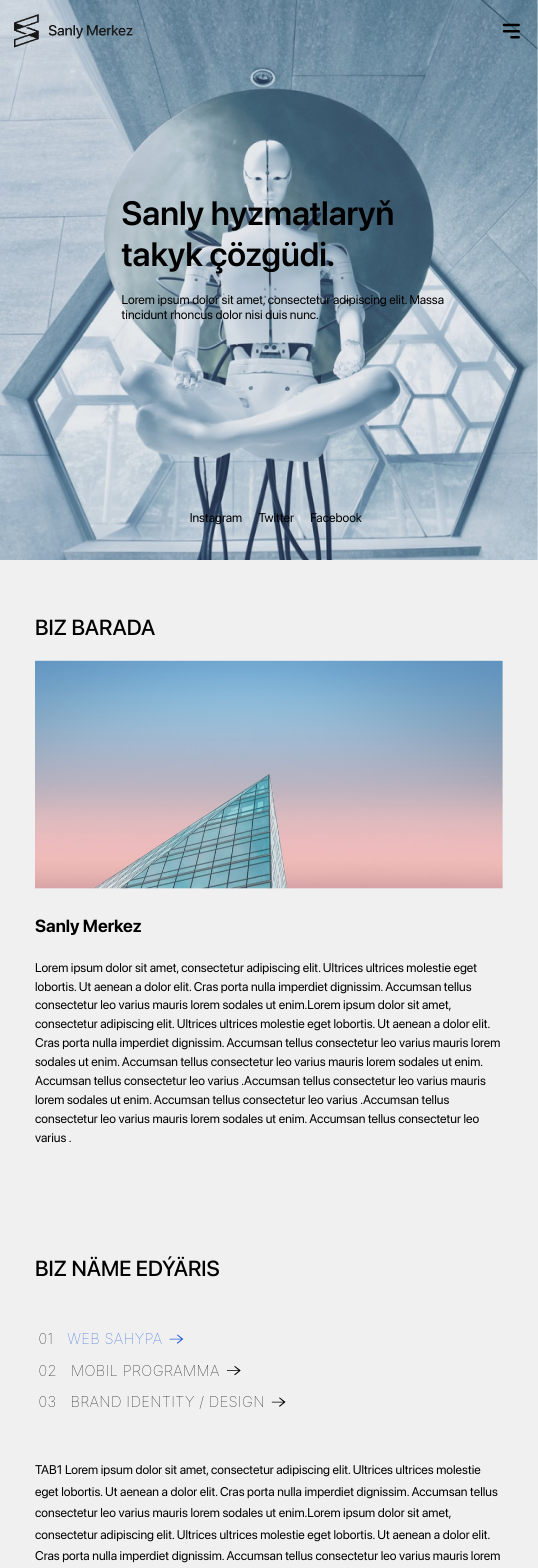
Repository: Meylis7/Sanly-Merkez-Web
Page: main.html
The author's editor kept a copy of each file at every save. The page is drawn from the files as they stood at one save, then again after the next save.
The browser window is 768 px wide. The pictures show the part of the page from y = 0 to 2240 px (the page is 4346 px tall), at 70% of full size.
Some web fonts or font styles are not loaded; a fallback is used.

Above is the page before, as saved 2022-05-16 17:40:21.

After the next save:
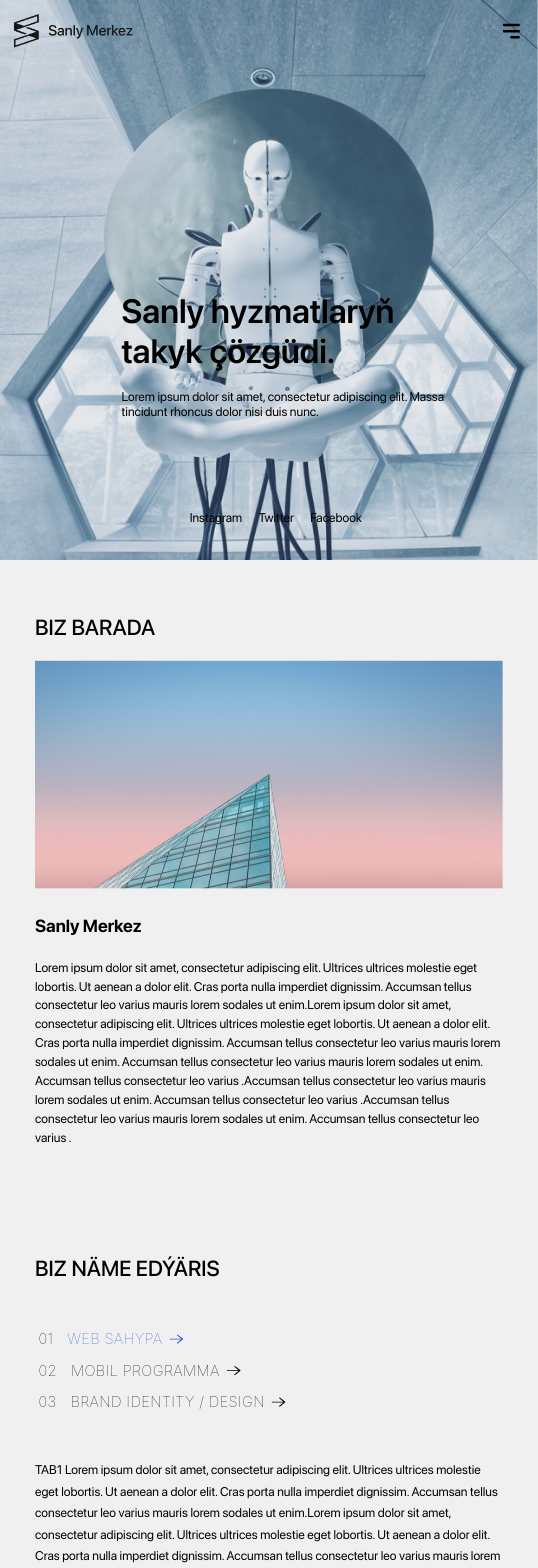
Saved 26 s later.
--- a/css/main.css
+++ b/css/main.css
@@ -757,4 +757,7 @@ header .btn{
     align-items: center;
     height: 100vh;
   }
-}
+  .slogan{
+    margin-top: 90%;
+  }
+}
